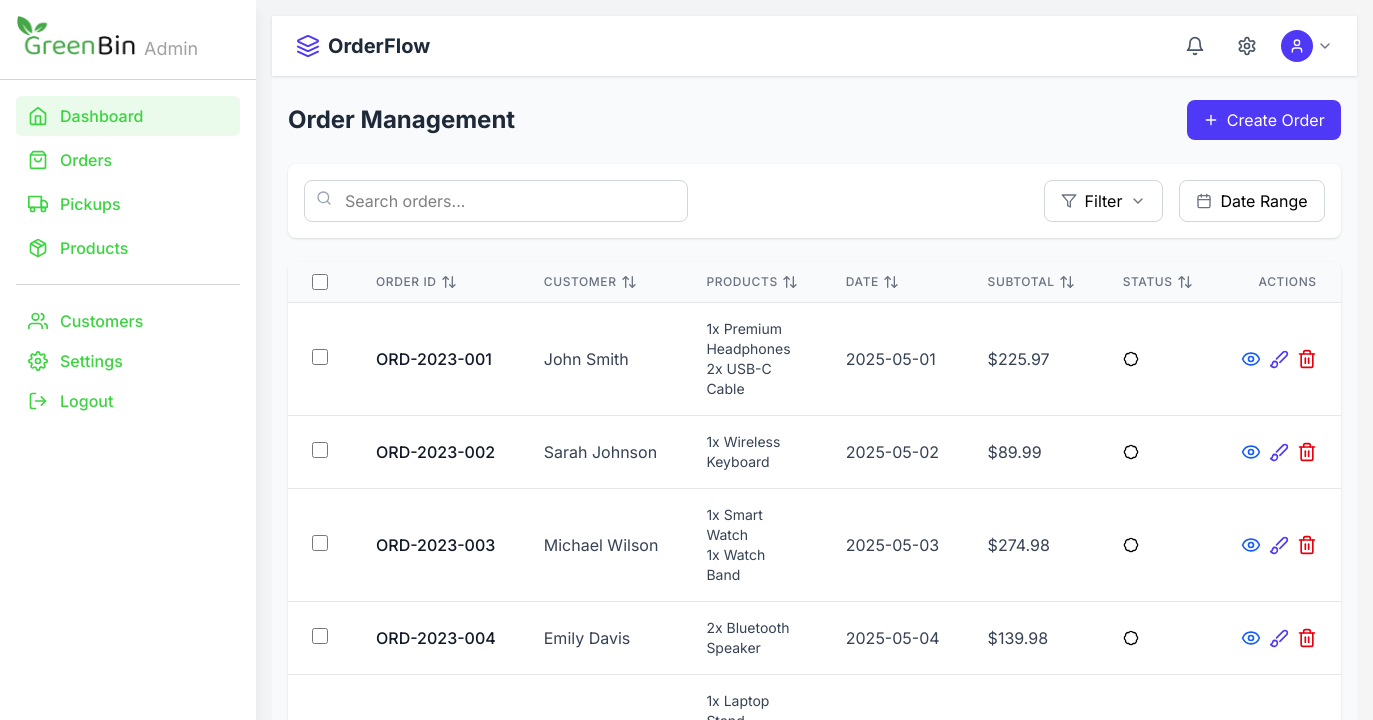
Repository: Siddhu123456/Plastic-Waste-Management
Page: /allorders (app in frontend/)
These files come from the project's save history. The page is drawn as it stood at one moment and after the next save; the edit follows.
The browser window is 1280 px wide. The page is 1373 px wide, so the pictures cover 1373 px, including what lies to the right of the window. The pictures show the whole page.
An inner scrolling area shows only its first screen. The project was rebuilt for these pictures with package versions that can differ from the ones it lists, and the page was loaded fresh each time. Also part of the build but not shown: frontend/vite.config.js, frontend/src/components/ProductCard.jsx, frontend/src/components/TrendingProductsCarousel.jsx, frontend/src/pages/Home.jsx, frontend/src/components/FilterBar.jsx, frontend/src/components/Loader.jsx, frontend/src/pages/customer/Shop.jsx, frontend/src/pages/customer/Recycle.jsx and 24 more. Imported but missing from the stored project, and not drawn on this page: frontend/src/pages/Help, frontend/src/pages/customer/WishList.

Above is the page before, as saved 2025-05-06 20:08:12.

### frontend/src/index.css
@import url('https://fonts.googleapis.com/css2?family=Fugaz+One&family=Montserrat:ital@0;1&display=swap');
@import url('https://fonts.googleapis.com/css2?family=Inter:ital,opsz,wght@0,14..32,100..900;1,14..32,100..900&display=swap');
@import "tailwindcss";


@custom-variant dark (&:where(.dark, .dark *));


@theme{
  --color-ow : #f5f5f5;
  --color-dbg : #000803;
  --color-dsc : #1e221f;
  --color-dtc : #313532;
  --color-lgg : #3bd440;
  --color-tc : #1e1e1e;
  --color-lgd : #2aa12e;
  --color-bl: #1D2A35;
  --color-lg-trans : rgba(69, 167, 72, 0.3);
}

@layer components {
  .pri-btn {
    @apply text-white cursor-pointer text-center rounded-lg bg-lgg hover:bg-lgd transition duration-300
  }
  .white-btn {
    @apply text-lgg cursor-pointer text-center rounded-2xl bg-ow transition duration-300
  }
  .trans-btn{
    @apply border text-center rounded-2xl cursor-pointer border-lgg text-lgg hover:bg-lgg hover:text-white transition
  }

  .white-trans-btn{
    @apply border text-center rounded-2xl cursor-pointer border-white text-white transition duration-300
  }
}

@layer utilities{
  .no-scrollbar::-webkit-scrollbar {
    display: none;
}
.no-scrollbar {
    -ms-overflow-style: none;
    scrollbar-width: none;
}
}

:root{
  font-family: "Inter", sans-serif;
  background-color: #f5f5f5;
  box-sizing: border-box;
  overflow-x: hidden;
}


input[type='range'] {
  pointer-events: all;
  height: 0;
}

input[type='range']::-webkit-slider-thumb {
  appearance: none;
  height: 16px;
  width: 16px;
  background: #22c55e;
  border-radius: 9999px;
  cursor: pointer;
  border: none;
}

input[type='range']::-moz-range-thumb {
  height: 16px;
  width: 16px;
  background: #22c55e;
  border-radius: 9999px;
  cursor: pointer;
  border: none;
}

### frontend/src/App.jsx
import { CartProvider } from './components/CartContext.jsx';
import AppRoutes from './routes/AppRoutes.jsx'


const App = () => (
    <CartProvider>
        <AppRoutes />
    </CartProvider>
)

export default App;

### frontend/src/components/CartContext.jsx
import { createContext, useContext, useState } from "react";

const CartContext = createContext();

export const CartProvider = ({ children }) => {
  const [cartCount, setCartCount] = useState(0);

  return (
    <CartContext.Provider value={{ cartCount, setCartCount }}>
      {children}
    </CartContext.Provider>
  );
};

export const useCart = () => useContext(CartContext);

### frontend/src/routes/AppRoutes.jsx
import { BrowserRouter as Router, Routes, Route } from 'react-router-dom'

import Home from '../pages/Home'
import Help from '../pages/Help'
import Shop from '../pages/customer/Shop'
import Recycle from '../pages/customer/Recycle'
import Cart from '../pages/customer/Cart'
import WishList from '../pages/customer/WishList'
import ProductOverview from '../pages/customer/ProductOverview'
import ScrollToTop from './ScrollToTop'
import Layout from '../components/Layout'
import Wallet from '../pages/customer/Wallet'
import OrderHistory from '../pages/customer/OrderHistory'
import OrderSummary from '../pages/customer/OrderSummary'
import PickupHistory from '../pages/customer/PickupHistory'
import CustomerProfile from '../pages/customer/CustomerProfile'
import ProductForm from '../pages/admin/ProductForm'
import Dashboard from '../pages/admin/Dashboard'
import Orders from '../pages/admin/Orders'
import AdminLayout from '../pages/admin/AdminLayout'

const AppRoutes = () => {
  return (
    <Router>
      <ScrollToTop />
      <Routes>
        {/* Routes using main Layout */}
        <Route element={<Layout />}>
          <Route path='/' element={<Home />} />
          <Route path='/recycle' element={<Recycle />} />
          <Route path='/shop' element={<Shop />} />
          <Route path='/help' element={<Help />} />
          <Route path='/cart' element={<Cart />} />
          <Route path='/favorites' element={<WishList />} />
          <Route path='/wallet' element={<Wallet />} />
          <Route path='/product/:id' element={<ProductOverview />} />
          <Route path='/orders' element={<OrderHistory />} />
          <Route path='/orders/:id' element={<OrderSummary />} />
          <Route path='/pickups' element={<PickupHistory />} />
          <Route path='/cprofile' element={<CustomerProfile />} />
          <Route path='/pform' element={<ProductForm />} />
        </Route>

        <Route element={<AdminLayout />}>
          <Route path='/dashboard' element={<Dashboard />} />
          <Route path='/allorders' element={<Orders />} />
        </Route>

      </Routes>
    </Router>
  )
}

export default AppRoutes

### frontend/src/routes/ScrollToTop.jsx
import { useEffect } from "react";
import { useLocation } from "react-router-dom";

const ScrollToTop = () => {
    const {pathname} = useLocation()
    useEffect(() => {
        window.scrollTo(0,0)
    },[pathname])

    return null
}

export default ScrollToTop;

### frontend/src/pages/admin/AdminLayout.jsx
import React, { useState } from "react";
import { FiMenu } from "react-icons/fi";
import Sidebar from "../../components/Sidebar";
import { Outlet } from "react-router-dom";
import LogoGBB from '../../assets/images/logoGBB.png'


const AdminLayout = () => {
  const [sidebarOpen, setSidebarOpen] = useState(false);
  const [activePage, setActivePage] = useState('dashboard');

  const toggleSidebar = () => {
    setSidebarOpen(!sidebarOpen);
  };

  return (
    <div className="flex h-screen bg-gray-100 dark:bg-dsc">
      {/* Sidebar */}
      <Sidebar
        activePage={activePage}
        setActivePage={setActivePage}
        sidebarOpen={sidebarOpen}
        toggleSidebar={toggleSidebar}
      />

      {/* Main Content */}
      <div className="flex flex-col flex-1 xl:ml-64">
        {/* Top bar with menu toggle */}
        <header className="bg-white shadow-sm z-10 xl:hidden">
          <div className="px-4 py-1 flex items-center gap-4">
            <button
              onClick={toggleSidebar}
              className="mr-2 text-gray-600 focus:outline-none"
            >
              <FiMenu className="h-6 w-6" />
            </button>
            <div className=" flex items-baseline gap-2">
              <img className="w-30" src={LogoGBB} alt="GreenBin" />
              <p className="text-lg text-neutral-400">Admin</p>
            </div>
          </div>
        </header>

        {/* Page content */}
        <main className="flex-1 p-4 overflow-auto">
          <Outlet />
        </main>
      </div>

      {/* Overlay to close sidebar on mobile */}
      {sidebarOpen && (
        <div
          className="fixed inset-0 bg-black/50 z-40 xl:hidden"
          onClick={toggleSidebar}
        />
      )}
    </div>
  );
};

export default AdminLayout;

### frontend/src/components/Sidebar.jsx
import {
  FiHome,
  FiShoppingBag,
  FiTruck,
  FiPackage,
  FiUsers,
  FiSettings,
  FiLogOut,
  FiX
} from 'react-icons/fi';
import LogoGBB from '../assets/images/logoGBB.png'
import SidebarItem from './SidebarItem';

const Sidebar = ({ activePage, setActivePage, sidebarOpen, toggleSidebar }) => {
  return (
    <div className={`fixed inset-y-0 left-0 top-0 z-50 w-64 bg-white shadow-lg transform transition-transform duration-200 xl:translate-x-0 ${sidebarOpen ? 'translate-x-0' : '-translate-x-full'}`}>
      <div className="flex items-center justify-between p-4 border-b border-neutral-300">
        <div className=" flex items-baseline gap-2">
          <img className="w-30" src={LogoGBB} alt="GreenBin" />
          <p className="text-lg text-neutral-400">Admin</p>
        </div>
        <button onClick={toggleSidebar} className="p-2 rounded-md xl:hidden">
          <FiX className="h-6 w-6" />
        </button>
      </div>
      <div className="p-4">
        <nav className="space-y-1">
          <SidebarItem
            icon={<FiHome className="h-5 w-5" />}
            title="Dashboard"
            active={activePage === 'dashboard'}
            onClick={() => setActivePage('dashboard')}
          />
          <SidebarItem
            icon={<FiShoppingBag className="h-5 w-5" />}
            title="Orders"
            active={activePage === 'orders'}
            onClick={() => setActivePage('orders')}
          />
          <SidebarItem
            icon={<FiTruck className="h-5 w-5" />}
            title="Pickups"
            active={activePage === 'pickups'}
            onClick={() => setActivePage('pickups')}
          />
          <SidebarItem
            icon={<FiPackage className="h-5 w-5" />}
            title="Products"
            active={activePage === 'products'}
            onClick={() => setActivePage('products')}
          />
          <div className="pt-4 mt-4 border-t border-neutral-300">
            <SidebarItem
              icon={<FiUsers className="h-5 w-5" />}
              title="Customers"
              active={activePage === 'customers'}
              onClick={() => setActivePage('customers')}
            />
            <SidebarItem
              icon={<FiSettings className="h-5 w-5" />}
              title="Settings"
              active={activePage === 'settings'}
              onClick={() => setActivePage('settings')}
            />
            <SidebarItem
              icon={<FiLogOut className="h-5 w-5" />}
              title="Logout"
              active={false}
            />
          </div>
        </nav>
      </div>
    </div>
  );
};

export default Sidebar;

### frontend/src/components/SidebarItem.jsx
const SidebarItem = ({ icon, title, active, onClick }) => {
    return (
      <button
        onClick={onClick}
        className={`flex items-center w-full px-3 py-2 rounded-md transition-colors ${
          active ? 'bg-lgg/10 text-lgg' : 'text-lgg hover:bg-lgg/5'
        }`}
      >
        <span className="mr-3">{icon}</span>
        <span className="font-medium">{title}</span>
      </button>
    );
  };

  export default SidebarItem;

Loaded but not shown: frontend/index.html (common file); frontend/src/main.jsx (common file); frontend/src/pages/admin/Orders.jsx (526 lines, source omitted)

After the next save:
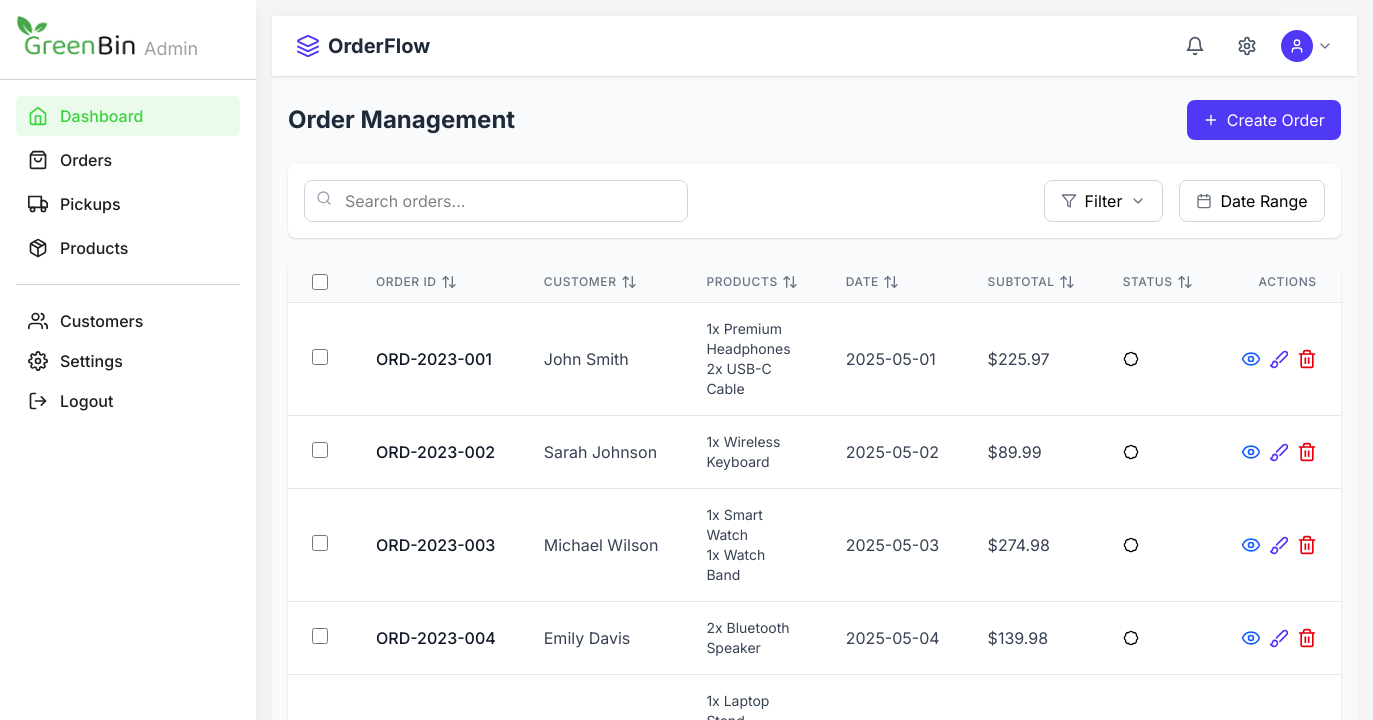
Saved 30 s later.
--- a/frontend/src/components/SidebarItem.jsx
+++ b/frontend/src/components/SidebarItem.jsx
@@ -3,7 +3,7 @@ const SidebarItem = ({ icon, title, active, onClick }) => {
       <button
         onClick={onClick}
         className={`flex items-center w-full px-3 py-2 rounded-md transition-colors ${
-          active ? 'bg-lgg/10 text-lgg' : 'text-lgg hover:bg-lgg/5'
+          active ? 'bg-lgg/10 text-lgg' : 'text-tc hover:bg-lgg/5'
         }`}
       >
         <span className="mr-3">{icon}</span>
